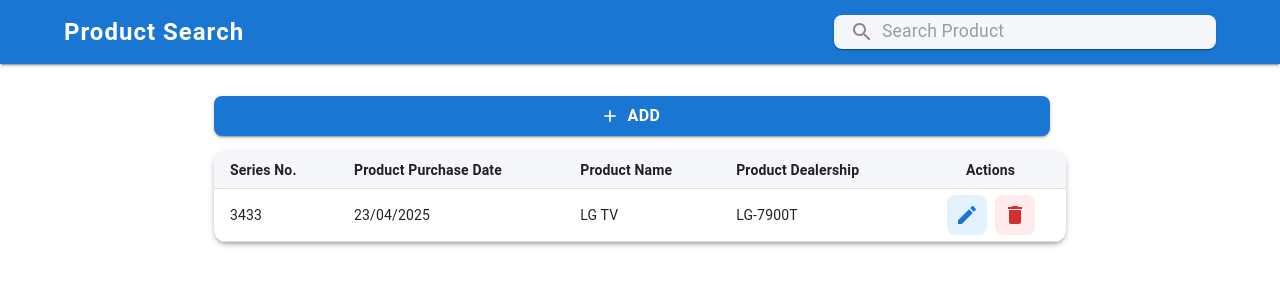
Repository: Sharathguru/Product_Task
Page: / (app in Frontend/)
These files come from the project's save history. The page is drawn as it stood at one moment and after the next save; the edit follows.
The browser window is 1280 px wide. The pictures show the whole page.
The project was rebuilt for these pictures with package versions that can differ from the ones it lists, and the page was loaded fresh each time. Requests to the local data server were answered from the project's data file. Also part of the build but not shown: Frontend/vite.config.js, Frontend/src/index.css, Frontend/src/Pages/product.js, Frontend/src/Pages/Insert.jsx, Frontend/src/Pages/Update.jsx, Frontend/src/Pages/Delete.jsx.

Above is the page before, as saved 2025-06-13 16:26:21.

After the next save:
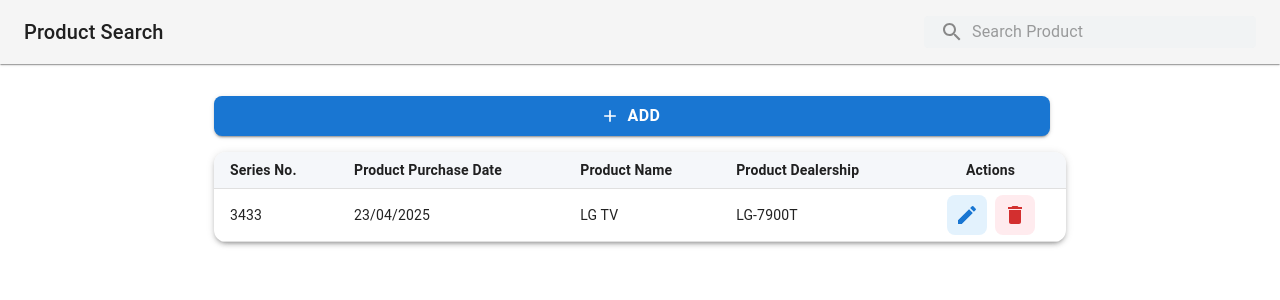
Saved 65 s later.
--- a/Frontend/src/Components/Navbar.jsx
+++ b/Frontend/src/Components/Navbar.jsx
@@ -5,73 +5,38 @@ import Typography from "@mui/material/Typography";
 import Box from "@mui/material/Box";
 import InputBase from "@mui/material/InputBase";
 import SearchIcon from "@mui/icons-material/Search";
-import Container from "@mui/material/Container";
-import useMediaQuery from "@mui/material/useMediaQuery";
-import { useTheme } from "@mui/material/styles";
 
 const Navbar = ({ search, setSearch }) => {
-  const theme = useTheme();
-  const isMobile = useMediaQuery(theme.breakpoints.down("sm"));
-
   return (
-    <AppBar position="static" color="primary" elevation={2}>
-      <Container maxWidth="lg" disableGutters>
-        <Toolbar
+    <AppBar position="static"  color="default" elevation={1}>
+      <Toolbar>
+        <Box sx={{ display: "flex", alignItems: "center", flexGrow: 1 }}>
+          <Typography variant="h6" color="inherit" noWrap>
+            Product Search
+          </Typography>
+        </Box>
+        <Box
           sx={{
+            position: "relative",
+            borderRadius: 1,
+            backgroundColor: "#f1f3f4",
+            marginLeft: 0,
+            width: 300,
             display: "flex",
-            flexDirection: isMobile ? "column" : "row",
-            alignItems: isMobile ? "stretch" : "center",
-            justifyContent: "space-between",
-            gap: isMobile ? 2 : 0,
-            py: isMobile ? 1 : 0,
+            alignItems: "center",
+            px: 2,
           }}
         >
-          <Box
-            sx={{
-              flexGrow: 1,
-              display: "flex",
-              alignItems: "center",
-              justifyContent: isMobile ? "center" : "flex-start",
-              width: isMobile ? "100%" : "auto",
-              mb: isMobile ? 1 : 0,
-            }}
-          >
-            <Typography
-              variant="h5"
-              color="inherit"
-              noWrap
-              sx={{
-                fontWeight: 700,
-                letterSpacing: 1,
-              }}
-            >
-              Product Search
-            </Typography>
-          </Box>
-          <Box
-            sx={{
-              position: "relative",
-              borderRadius: 2,
-              backgroundColor: "#f5f7fa",
-              width: isMobile ? "100%" : 350,
-              display: "flex",
-              alignItems: "center",
-              px: 2,
-              boxShadow: 1,
-            }}
-          >
-            <SearchIcon sx={{ color: "#888", mr: 1 }} />
-            <InputBase
-              placeholder="Search Product"
-              inputProps={{ "aria-label": "search" }}
-              fullWidth
-              value={search}
-              onChange={(e) => setSearch(e.target.value)}
-              sx={{ fontSize: isMobile ? "1rem" : "1.1rem" }}
-            />
-          </Box>
-        </Toolbar>
-      </Container>
+          <SearchIcon sx={{ color: "#888", mr: 1 }} />
+          <InputBase
+            placeholder="Search Product"
+            inputProps={{ "aria-label": "search" }}
+            fullWidth
+            value={search}
+            onChange={(e) => setSearch(e.target.value)}
+          />
+        </Box>
+      </Toolbar>
     </AppBar>
   );
 };
